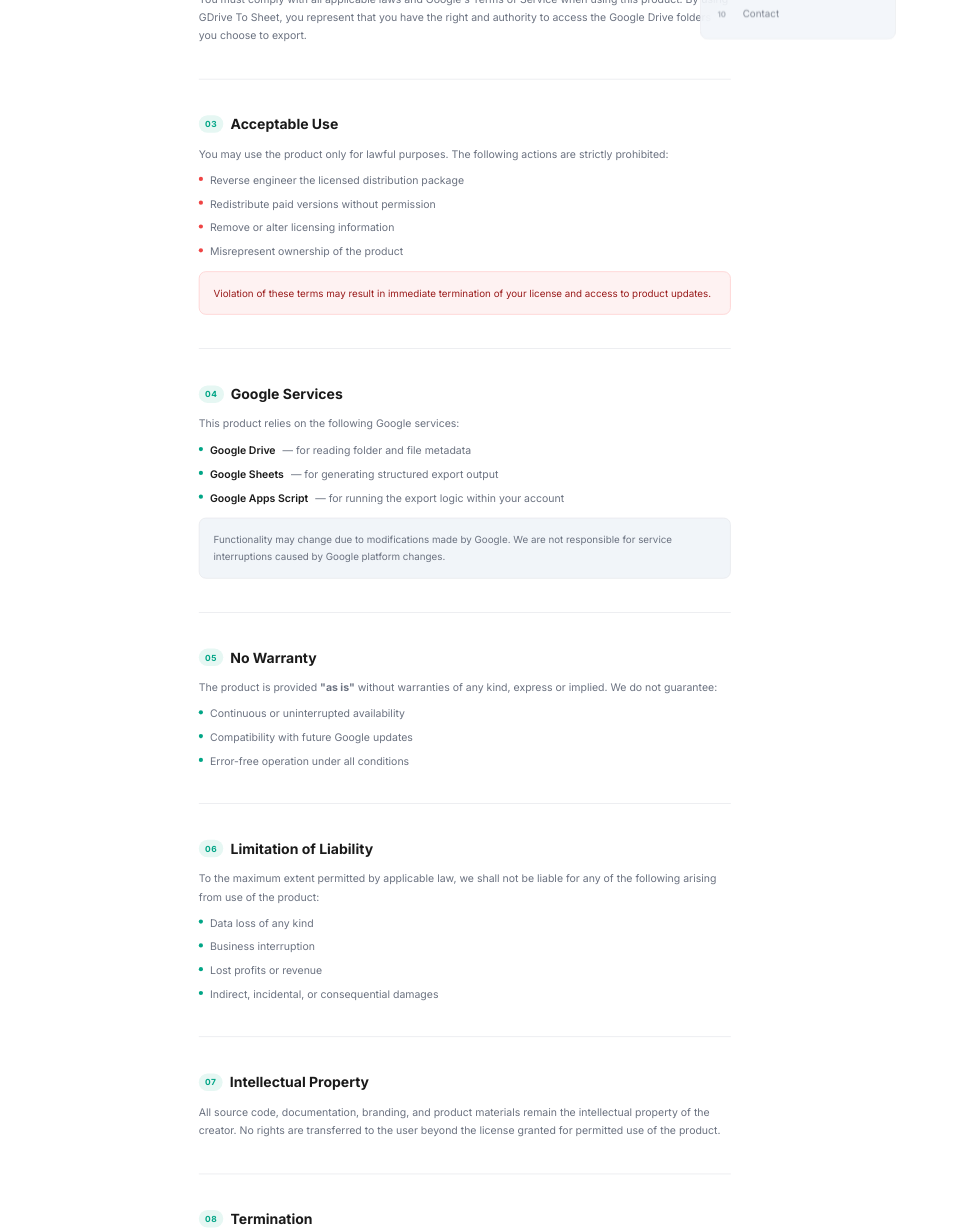
Repository: toishitool/gdrive-to-sheet
Page: terms.html
The author's editor kept a copy of each file at every save. The page is drawn from the files as they stood at one save, then again after the next save.
The browser window is 1280 px wide. The page is 1372 px wide, so the pictures cover 1372 px, including what lies to the right of the window. The pictures show the part of the page from y = 762 to 2522 px (the page is 3486 px tall before and 3510 px after), at 70% of full size.

Above is the page before, as saved 2026-06-21 20:38:30.

### terms.html
<!DOCTYPE html>
<html lang="en" class="scroll-smooth">
<head>
  <meta charset="UTF-8" />
  <meta name="viewport" content="width=device-width, initial-scale=1.0" />
  <title>Terms of Use – GDrive To Sheet</title>
  <meta name="description" content="Terms of Use for GDrive To Sheet. Please read before using the product." />
  <meta name="robots" content="noindex" />
  <link rel="canonical" href="https://toishitool.github.io/gdrive-to-sheet/terms.html" />

  <link rel="preconnect" href="https://fonts.googleapis.com" />
  <link rel="preconnect" href="https://fonts.gstatic.com" crossorigin />
  <link href="https://fonts.googleapis.com/css2?family=Inter:wght@300;400;500;600;700;800&display=swap" rel="stylesheet" />

  <link rel="stylesheet" href="style.css">
</head>
<body>

<div id="header-container"></div>


<main>
  <div class="page-wrap">

    <header class="page-header">
      <span class="eyebrow">Legal</span>
      <h1>Terms of Use</h1>
      <div class="meta">
        <span>GDrive To Sheet</span>
        <span class="meta-dot">·</span>
        <span id="last-updated">Last updated: —</span>
      </div>
    </header>

    <div class="intro-block">
      <span class="icon">📋</span>
      <p>By accessing or using <strong>GDrive To Sheet</strong>, you agree to these Terms of Use. Please read them carefully before using the product.</p>
    </div>

    <div class="content-layout">

      <div class="main-content">
        <div class="policy-section" id="s1">
          <h2><span class="section-num">01</span>Product Description</h2>
          <p>GDrive To Sheet is a Google Apps Script and Google Sheets based utility that exports Google Drive folder structures into spreadsheet format.</p>
          <p>The product operates entirely within the Google ecosystem and does not involve any external servers for data processing.</p>
        </div>
        <div class="section-divider"></div>

        <div class="policy-section" id="s2">
          <h2><span class="section-num">02</span>Eligibility</h2>
          <p>You must comply with all applicable laws and Google's Terms of Service when using this product. By using GDrive To Sheet, you represent that you have the right and authority to access the Google Drive folders you choose to export.</p>
        </div>
        <div class="section-divider"></div>

        <div class="policy-section" id="s3">
          <h2><span class="section-num">03</span>Acceptable Use</h2>
          <p>You may use the product only for lawful purposes. The following actions are strictly prohibited:</p>
          <ul class="prohibited">
            <li>Reverse engineer the licensed distribution package</li>
            <li>Redistribute paid versions without permission</li>
            <li>Remove or alter licensing information</li>
            <li>Misrepresent ownership of the product</li>
          </ul>
          <div class="highlight-card warning">
            <p>Violation of these terms may result in immediate termination of your license and access to product updates.</p>
          </div>
        </div>
        <div class="section-divider"></div>

        <div class="policy-section" id="s4">
          <h2><span class="section-num">04</span>Google Services</h2>
          <p>This product relies on the following Google services:</p>
          <ul>
            <li><strong>Google Drive</strong> — for reading folder and file metadata</li>
            <li><strong>Google Sheets</strong> — for generating structured export output</li>
            <li><strong>Google Apps Script</strong> — for running the export logic within your account</li>
          </ul>
          <div class="highlight-card">
            <p>Functionality may change due to modifications made by Google. We are not responsible for service interruptions caused by Google platform changes.</p>
          </div>
        </div>
        <div class="section-divider"></div>

        <div class="policy-section" id="s5">
          <h2><span class="section-num">05</span>No Warranty</h2>
          <p>The product is provided <strong>"as is"</strong> without warranties of any kind, express or implied. We do not guarantee:</p>
          <ul>
            <li>Continuous or uninterrupted availability</li>
            <li>Compatibility with future Google updates</li>
            <li>Error-free operation under all conditions</li>
          </ul>
        </div>
        <div class="section-divider"></div>

        <div class="policy-section" id="s6">
          <h2><span class="section-num">06</span>Limitation of Liability</h2>
          <p>To the maximum extent permitted by applicable law, we shall not be liable for any of the following arising from use of the product:</p>
          <ul>
            <li>Data loss of any kind</li>
            <li>Business interruption</li>
            <li>Lost profits or revenue</li>
            <li>Indirect, incidental, or consequential damages</li>
          </ul>
        </div>
        <div class="section-divider"></div>

        <div class="policy-section" id="s7">
          <h2><span class="section-num">07</span>Intellectual Property</h2>
          <p>All source code, documentation, branding, and product materials remain the intellectual property of the creator. No rights are transferred to the user beyond the license granted for permitted use of the product.</p>
        </div>
        <div class="section-divider"></div>

        <div class="policy-section" id="s8">
          <h2><span class="section-num">08</span>Termination</h2>
          <p>We reserve the right to terminate access to updates or support for violations of these Terms. Termination does not entitle the user to a refund except where required by applicable law.</p>
        </div>
        <div class="section-divider"></div>

        <div class="policy-section" id="s9">
          <h2><span class="section-num">09</span>Changes</h2>
          <p>These Terms may be updated periodically. Continued use of the product after changes are published constitutes acceptance of the revised Terms.</p>
          <p>The date at the top of this page reflects the most recent update.</p>
        </div>
        <div class="section-divider"></div>

        <div class="policy-section" id="s10">
          <h2><span class="section-num">10</span>Contact</h2>
          <p>For questions regarding these Terms of Use, please contact us:</p>
          <div class="contact-block">
            <div class="cicon">✉️</div>
            <div>
              <h3>Get in Touch</h3>
              <p>This service is operated by Toishi, an individual sole proprietor based in Japan.</p>
              <p>We aim to respond to all legal inquiries within a few business days.</p>
              <a href="mailto:toishitool@gmail.com">toishitool@gmail.com</a>
            </div>
          </div>
        </div>
      </div>

      <input type="checkbox" id="toc-toggle" class="toc-trigger-input" />

      <label for="toc-toggle" class="toc-trigger-btn" aria-label="Toggle contents menu">
        <svg class="icon-open" width="22" height="22" fill="none" stroke="currentColor" stroke-width="2.5" viewBox="0 0 24 24">
          <line x1="3" y1="12" x2="21" y2="12"></line>
          <line x1="3" y1="6" x2="21" y2="6"></line>
          <line x1="3" y1="18" x2="21" y2="18"></line>
        </svg>
        <svg class="icon-close" width="22" height="22" fill="none" stroke="currentColor" stroke-width="2.5" viewBox="0 0 24 24">
          <line x1="18" y1="6" x2="6" y2="18"></line>
          <line x1="6" y1="6" x2="18" y2="18"></line>
        </svg>
      </label>

      <nav class="toc" aria-label="Table of contents">
        <h3>Contents</h3>
        <ol>
          <li><a href="#s1" onclick="document.getElementById('toc-toggle').checked = false;">Product Description</a></li>
          <li><a href="#s2" onclick="document.getElementById('toc-toggle').checked = false;">Eligibility</a></li>
          <li><a href="#s3" onclick="document.getElementById('toc-toggle').checked = false;">Acceptable Use</a></li>
          <li><a href="#s4" onclick="document.getElementById('toc-toggle').checked = false;">Google Services</a></li>
          <li><a href="#s5" onclick="document.getElementById('toc-toggle').checked = false;">No Warranty</a></li>
          <li><a href="#s6" onclick="document.getElementById('toc-toggle').checked = false;">Limitation of Liability</a></li>
          <li><a href="#s7" onclick="document.getElementById('toc-toggle').checked = false;">Intellectual Property</a></li>
          <li><a href="#s8" onclick="document.getElementById('toc-toggle').checked = false;">Termination</a></li>
          <li><a href="#s9" onclick="document.getElementById('toc-toggle').checked = false;">Changes</a></li>
          <li><a href="#s10" onclick="document.getElementById('toc-toggle').checked = false;">Contact</a></li>
        </ol>
      </nav>

    </div>
  </div>
</main>

  <div id="footer-container"></div>
<script src="js/common.js"></script>

<script>
  // Auto date
  const d = new Date();
  const formatted = d.toLocaleDateString('en-US', { year: 'numeric', month: 'long', day: 'numeric' });
  document.getElementById('last-updated').textContent = 'Last updated: ' + formatted;
</script>

</body>
</html>

### header.html
<nav aria-label="Main navigation">
  <div class="nav-inner">
    <a href="index.html" class="nav-logo">
      <img src="images/logo_gdrivetosheet.png" alt="GDrive To Sheet" />
    </a>
    <a href="index.html" class="nav-back hover-underline">
      <svg width="14" height="14" fill="none" stroke="currentColor" stroke-width="2.5" viewBox="0 0 24 24"><polyline points="15 18 9 12 15 6"/></svg>
      Back to Home
    </a>
  </div>
</nav>

### footer.html
<footer role="contentinfo" class="footer">
  <div class="container">
    <div class="footer-inner">
      <a href="index.html" class="footer-logo">
        <img src="images/logo_gdrivetosheet_dk.png" alt="GDrive To Sheet Home" />
      </a>

      <div class="footer-links">
        <a href="privacy-policy.html">Privacy Policy</a>
        <a href="terms.html">Terms of Use</a>
        <a href="license.html">License Terms</a>
        <a href="refund-policy.html">Refund Policy</a>
        <a href="contact.html">Contact</a>
        <a href="support.html">Support &amp; FAQ</a>
      </div>

      <div class="footer-bottom-text">
        <span class="footer-copy">Independent software by ToishiTool</span>
        <span class="footer-copy">
          © <span id="year"></span> ToishiTool. All rights reserved.
        </span>

        <script>
          document.getElementById("year").textContent =
            new Date().getFullYear();
        </script>
      </div>
    </div>
  </div>
</footer>

Loaded but not shown: js/common.js (30 lines, source omitted); style.css (2936 lines, source omitted)

After the next save:
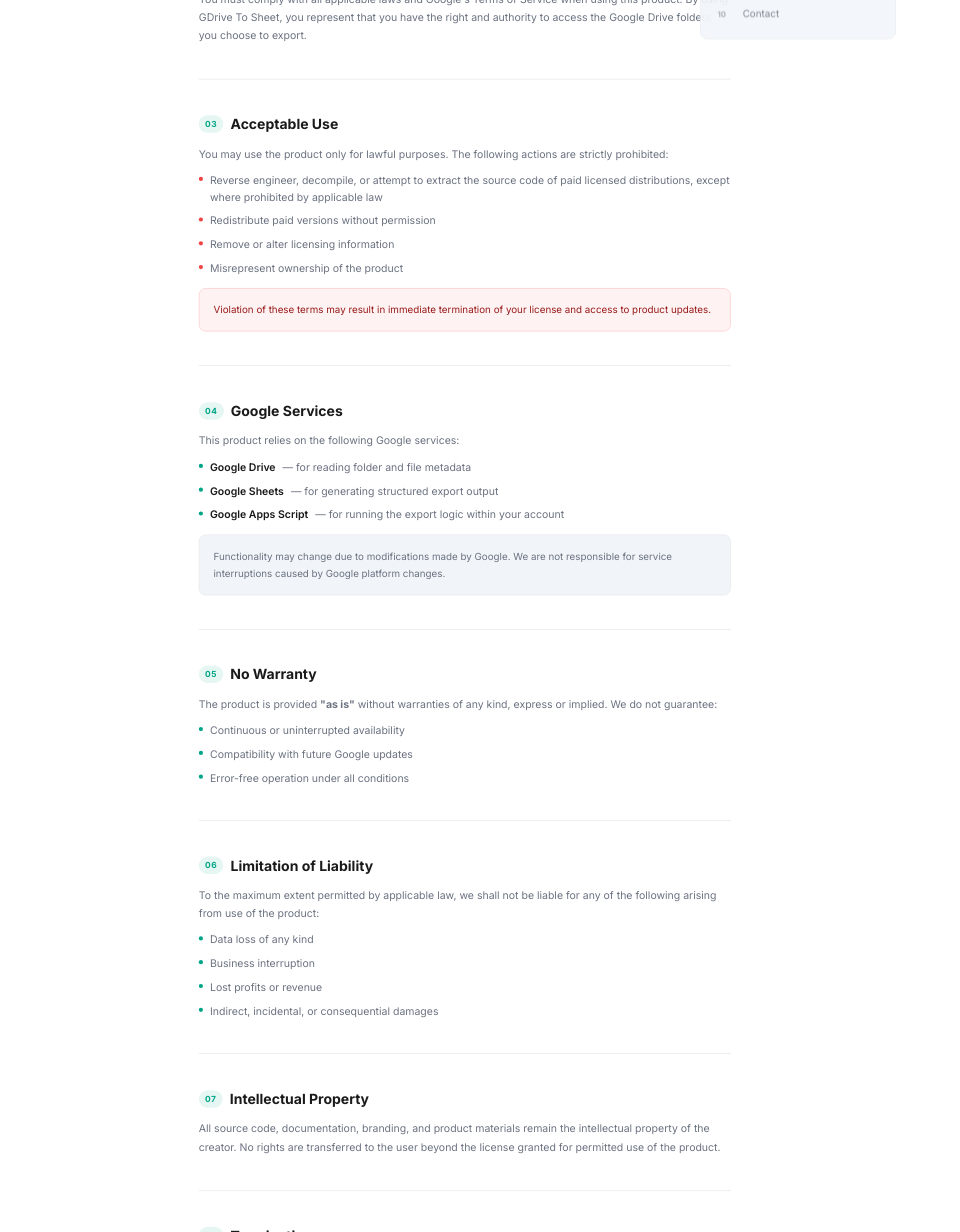
Saved 87 s later.
--- a/terms.html
+++ b/terms.html
@@ -5,7 +5,6 @@
   <meta name="viewport" content="width=device-width, initial-scale=1.0" />
   <title>Terms of Use – GDrive To Sheet</title>
   <meta name="description" content="Terms of Use for GDrive To Sheet. Please read before using the product." />
-  <meta name="robots" content="noindex" />
   <link rel="canonical" href="https://toishitool.github.io/gdrive-to-sheet/terms.html" />
 
   <link rel="preconnect" href="https://fonts.googleapis.com" />
@@ -28,7 +27,7 @@
       <div class="meta">
         <span>GDrive To Sheet</span>
         <span class="meta-dot">·</span>
-        <span id="last-updated">Last updated: —</span>
+        <span>Last updated: June 21, 2026</span>
       </div>
     </header>
 
@@ -57,7 +56,7 @@
           <h2><span class="section-num">03</span>Acceptable Use</h2>
           <p>You may use the product only for lawful purposes. The following actions are strictly prohibited:</p>
           <ul class="prohibited">
-            <li>Reverse engineer the licensed distribution package</li>
+            <li>Reverse engineer, decompile, or attempt to extract the source code of paid licensed distributions, except where prohibited by applicable law</li>
             <li>Redistribute paid versions without permission</li>
             <li>Remove or alter licensing information</li>
             <li>Misrepresent ownership of the product</li>
@@ -176,12 +175,6 @@
   <div id="footer-container"></div>
 <script src="js/common.js"></script>
 
-<script>
-  // Auto date
-  const d = new Date();
-  const formatted = d.toLocaleDateString('en-US', { year: 'numeric', month: 'long', day: 'numeric' });
-  document.getElementById('last-updated').textContent = 'Last updated: ' + formatted;
-</script>
 
 </body>
 </html>
